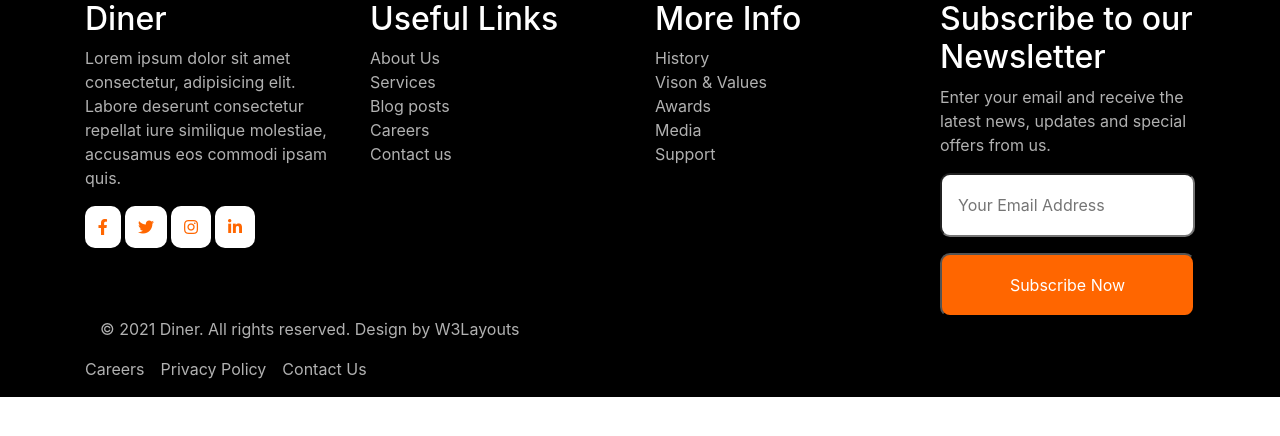
Repository: ngoctinvo/diner_project_cybersoft
Page: index.html
An editor plug-in stored every save of this project. The page is shown before and after the next save, followed by the edit.
The browser window is 1280 px wide. The pictures show the whole page.
Some web libraries are served in a nearby version. The style sheet was rebuilt from its Sass, Less or Tailwind sources for each picture, by a compiler version that may differ from the author's.

Above is the page before, as saved 2022-04-16 15:38:56.
Not found: js/index.js

After the next save:
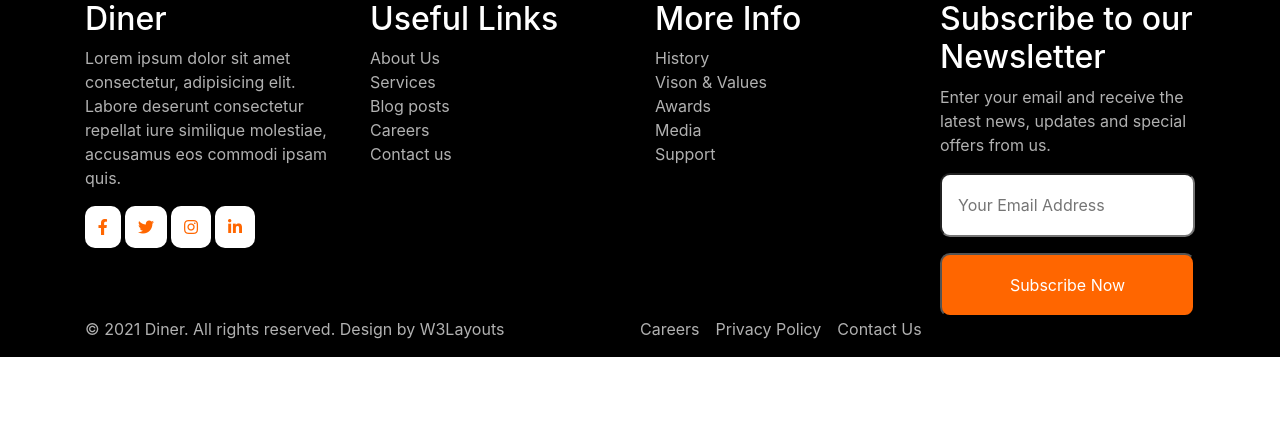
Saved 39 s later.
--- a/index.html
+++ b/index.html
@@ -73,16 +73,19 @@
                 </div>
             </div>
             <div class="copyright">
-                <div class="right col-lg-6 col-md-12">
-                    <p>&copy; 2021 Diner. All rights reserved. Design by W3Layouts</p>
+                <div class="row">
+                    <div class="right col-lg-6 col-md-12">
+                        <p>&copy; 2021 Diner. All rights reserved. Design by W3Layouts</p>
+                    </div>
+                    <div class="nav col-lg-6 col-md-12">
+                        <ul>
+                            <li><a href="#">Careers</a></li>
+                            <li><a href="#">Privacy Policy</a></li>
+                            <li><a href="#">Contact Us</a></li>
+                        </ul>
+                    </div>
                 </div>
-                <div class="nav col-lg-6 col-md-12">
-                    <ul>
-                        <li><a href="#">Careers</a></li>
-                        <li><a href="#">Privacy Policy</a></li>
-                        <li><a href="#">Contact Us</a></li>
-                    </ul>
-                </div>
+
             </div>
         </div>
     </footer>
